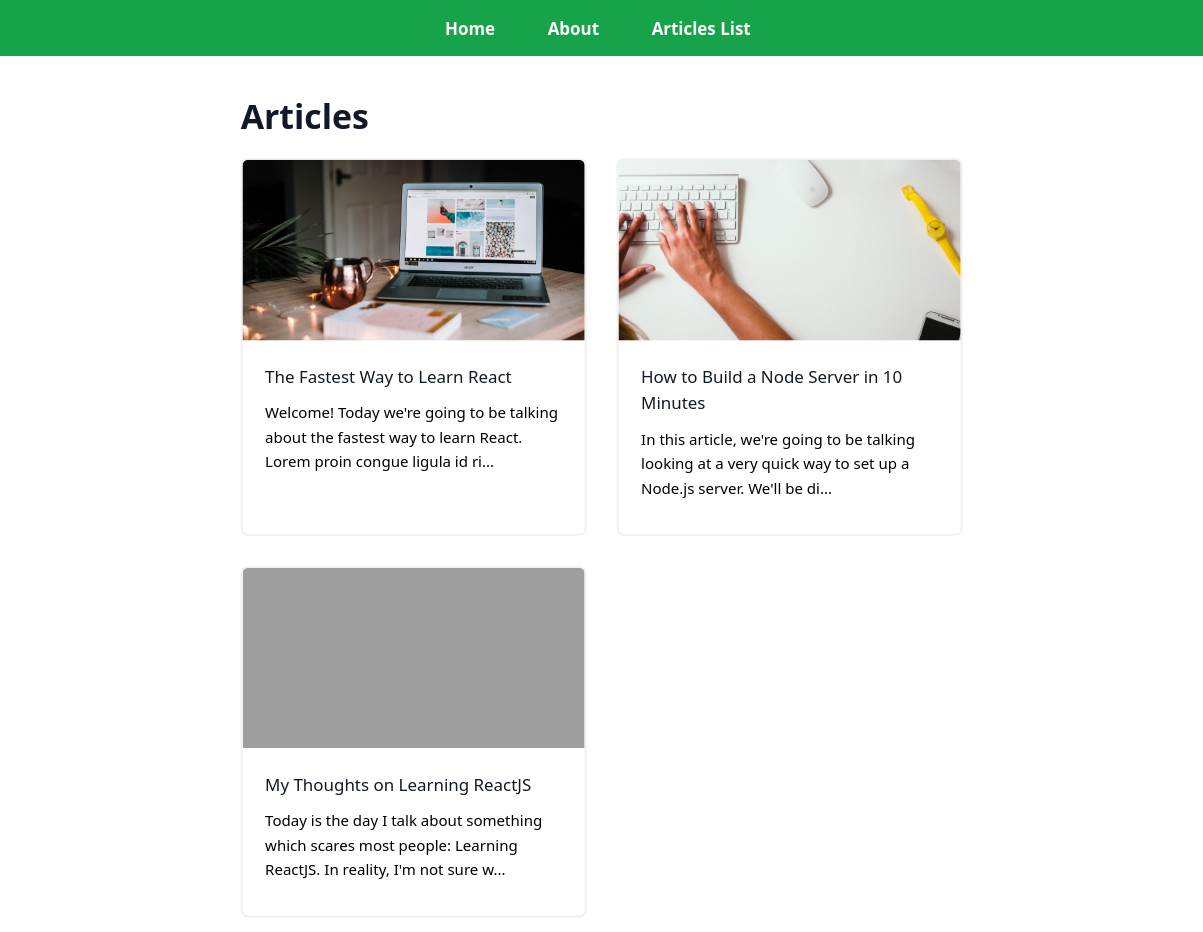
Repository: ymw0331/blog-mern-webapp
Page: /articles-list (app in client/)
The author's editor kept a copy of each file at every save. The page is drawn from the files as they stood at one save, then again after a run of saves.
The browser window is 1280 px wide. The pictures show the whole page, at 94% of full size.
Pictures or frames that could not be fetched are drawn as grey boxes. The project was rebuilt for these pictures with package versions that can differ from the ones it lists, and the page was loaded fresh each time. Also part of the build but not shown: client/src/pages/Home.js, client/src/pages/About.js, client/src/pages/Article.js.

Above is the page before, as saved 2022-12-10 21:28:15.

After the next 5 saves:
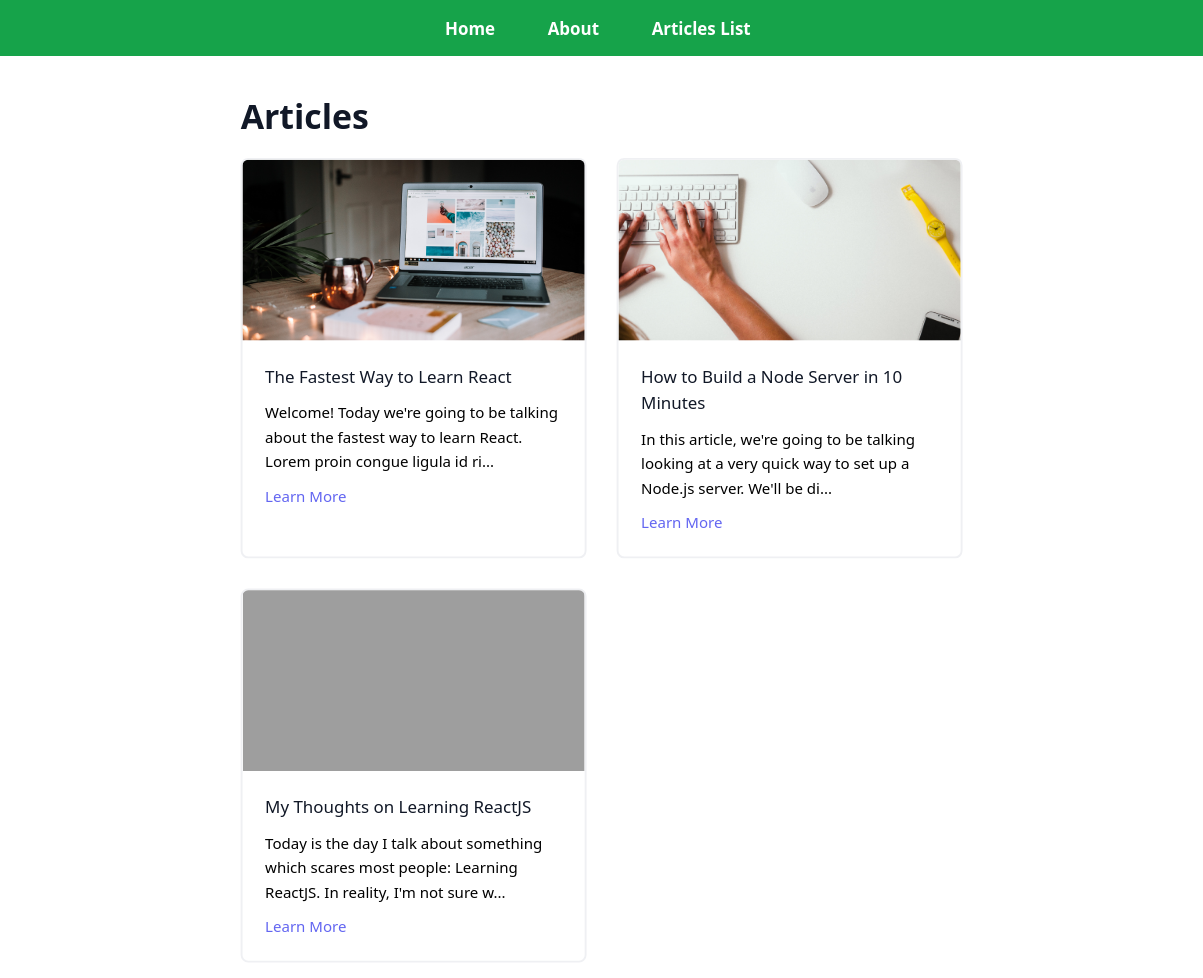
The 5 saves are shown as one change because they came seconds apart.
The last was saved 29 s later.
--- a/client/src/pages/ArticlesList.js
+++ b/client/src/pages/ArticlesList.js
@@ -33,7 +33,9 @@ const ArticlesList = () => {
                     <Link
                       className='text-indigo-500 inline-flex items-center md:mb-2 lg:mb-0'
                       to={`/article/${article.name}`}
-                    />
+                    >
+                      Learn More
+                    </Link>
                   </div>
                 </div>
               </div>
